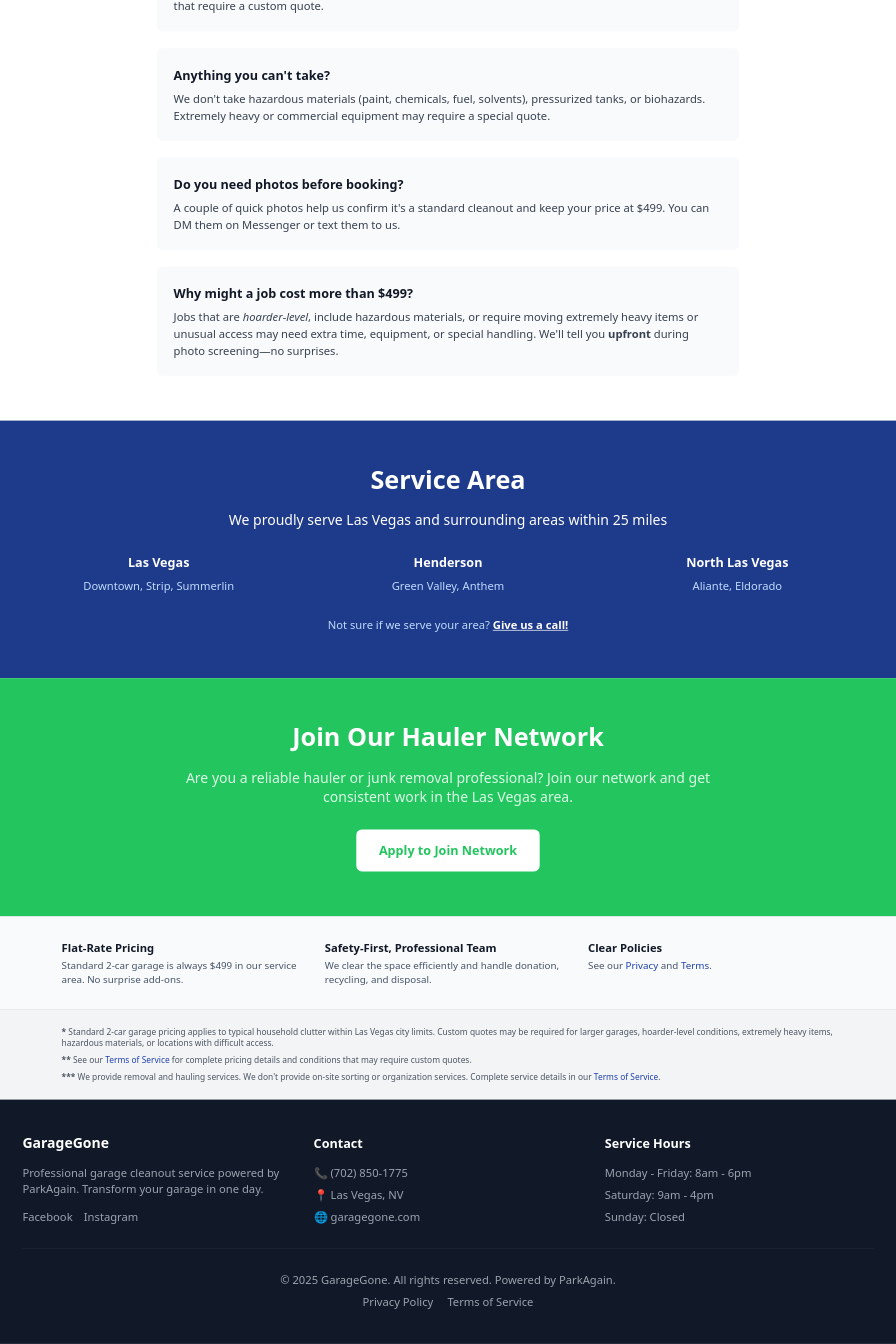
Repository: nikwhite1169/garagegone
Page: index.html
These files come from the project's save history. The page is drawn as it stood at one moment and after the next save; the edit follows.
The browser window is 1280 px wide. The pictures show the part of the page from y = 3437 to 5357 px (the page is 5357 px tall before and 5333 px after), at 70% of full size.
Some web libraries are served in a nearby version.

Above is the page before, as saved 2025-09-16 00:23:21.

After the next save:
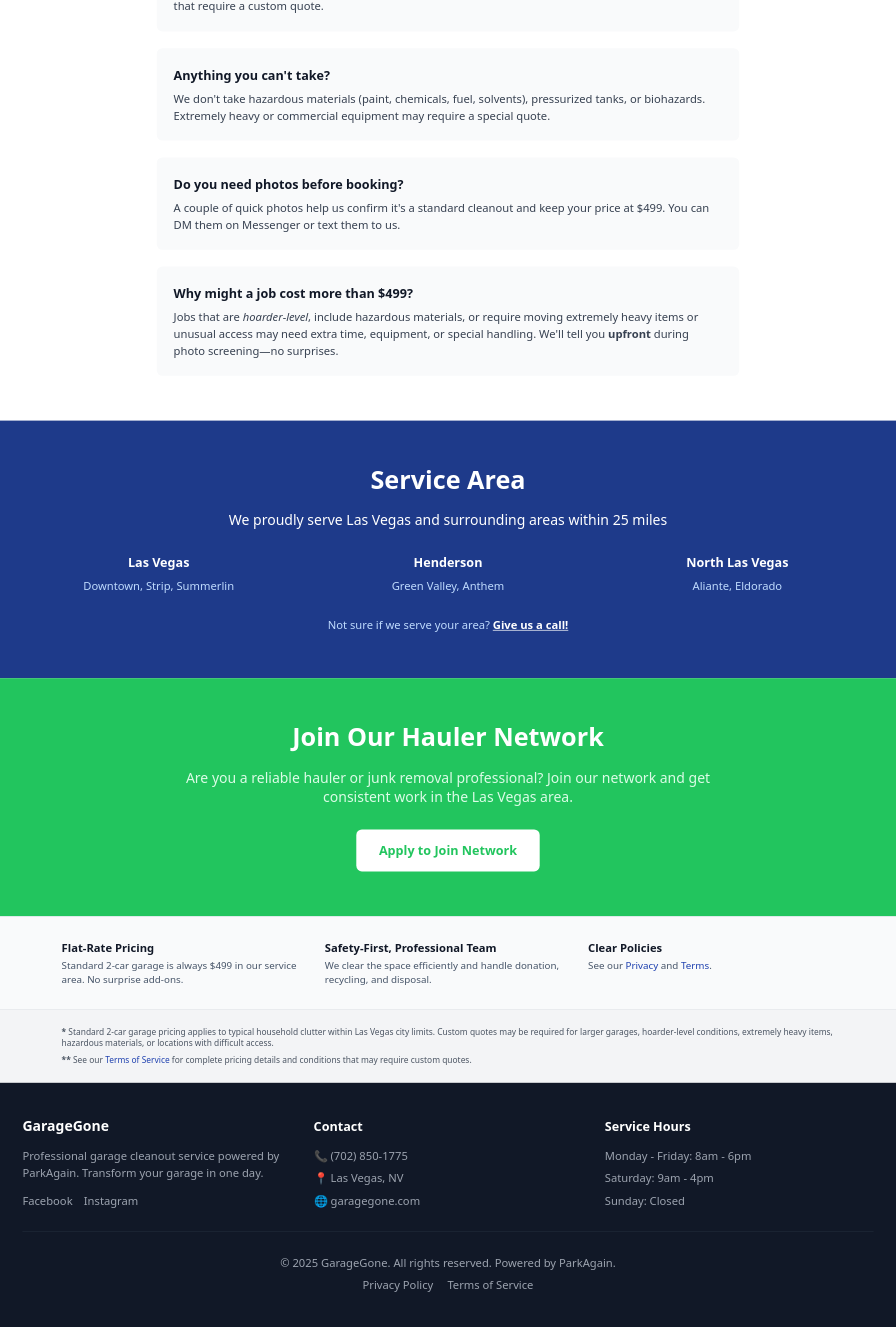
Saved 86 s later.
--- a/index.html
+++ b/index.html
@@ -406,7 +406,6 @@
         <div class="text-xs text-gray-600 space-y-2">
           <p><strong>*</strong> Standard 2-car garage pricing applies to typical household clutter within Las Vegas city limits. Custom quotes may be required for larger garages, hoarder-level conditions, extremely heavy items, hazardous materials, or locations with difficult access.</p>
           <p><strong>**</strong> See our <a href="terms-of-service.html" class="text-blue-800 hover:underline">Terms of Service</a> for complete pricing details and conditions that may require custom quotes.</p>
-          <p><strong>***</strong> We provide removal and hauling services. We don't provide on-site sorting or organization services. Complete service details in our <a href="terms-of-service.html" class="text-blue-800 hover:underline">Terms of Service</a>.</p>
         </div>
       </div>
     </section>
